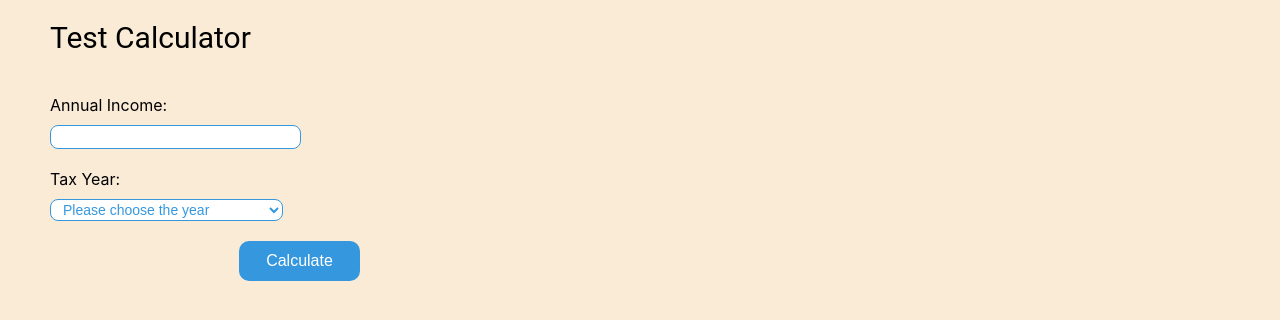
Repository: jbpadilha/taxcalculator
Page: /
An editor plug-in stored every save of this project. The page is shown before and after the next save, followed by the edit.
The browser window is 1280 px wide. The pictures show the whole page.
The project was rebuilt for these pictures with package versions that can differ from the ones it lists, and the page was loaded fresh each time.

Above is the page before, as saved 2023-06-17 21:40:22.

### src/index.tsx
import React from 'react';
import ReactDOM from 'react-dom/client';
import './index.css';
import App from './App';
import reportWebVitals from './reportWebVitals';

<link
    href="https://fonts.googleapis.com/css2?family=Roboto:ital,wght@0,300;0,400;0,500;0,700;1,400&display=swap"
    rel="stylesheet"
/>;

const root = ReactDOM.createRoot(
  document.getElementById('root') as HTMLElement
);
root.render(
  <React.StrictMode>
    <App />
  </React.StrictMode>
);

// If you want to start measuring performance in your app, pass a function
// to log results (for example: reportWebVitals(console.log))
// or send to an analytics endpoint. Learn more: https://bit.ly/CRA-vitals
reportWebVitals();

### src/index.css
body {
  background-color: #FAEBD7;
  margin: 0;
  font-family: -apple-system, BlinkMacSystemFont, 'Segoe UI', 'Roboto', 'Oxygen',
    'Ubuntu', 'Cantarell', 'Fira Sans', 'Droid Sans', 'Helvetica Neue',
    sans-serif;
  -webkit-font-smoothing: antialiased;
  -moz-osx-font-smoothing: grayscale;
}

code {
  font-family: source-code-pro, Menlo, Monaco, Consolas, 'Courier New',
    monospace;
}

### src/App.tsx
import React from 'react';
import RoutesComponent from './components/RouteComponent';

const App = () => {
  return (
    <div>
      <header>
      </header>
      <main>
        <RoutesComponent />
      </main>
      <footer>
        <div></div>
      </footer>
    </div>
  );
}

export default App;

### src/components/RouteComponent.tsx
import React from 'react';
import { BrowserRouter as Router, Route, Routes } from 'react-router-dom';

const Main = React.lazy(() => import('./Main'));
const ResultTax = React.lazy(() => import('./ResultTax'));

const RoutesComponent = () => {
    return (
        <Router>
            <Routes>
                <Route path={"/"} element={<Main />} />
                <Route path={"/results"} element={<ResultTax />} />
                <Route path="*" element={<Main />} />
            </Routes>
        </Router>
    );
}

export default RoutesComponent;

### src/components/Main.tsx
import React from 'react';
import { years } from '../config/constants';

const styles = {
    content: {
        marginTop: 20,
        minHeight: 200,
        paddingLeft: 50,
        width: 310
    },
    contentForm: {
        marginTop: 20,
    },
    title: {
        marginTop: 20,
        paddingBottom: 20,
        fontFamily: 'Roboto',
        fontSize: 30,
        color: '#000000',
        textDecoration: 'none solid rgb(0, 0, 0)',
    },
    description: {

    },
    contentInput: {
        marginTop: 20,
    },
    marginInput: {
        marginTop: 10,
    },
    contentButton: {
        marginTop: 20,
        display: 'flex',
        justifyContent: 'flex-end'
    },
    titleInput: {
        paddingTop: 10,
        width: 111,
        height: 18,
        fontSize: 16,
        color: '#000000',
        textSecoration: 'none solid rgb(0, 0, 0)',
    },
    input: {
        width: 233,
        height: 22,
        padding: '0px 8px',
        border: '1px solid #3598de',
        borderRadius: 8,
        backgroundColor: '#ffffff',
        backgroundSize: 'cover',
        fontSize: 14,
        color: '#3598de',
        textDecoration: 'none solid rgb(53, 152, 222)'
    },
    button: {
        width: 121,
        height: 40,
        border: 0,
        borderRadius: 10,
        backgroundColor: '#3598de',
        backgroundSize: 'cover',
        fontSize: 16,
        color: '#ffffff',
        textDecoration: 'none solid rgb(255, 255, 255)',
    },
};

const Main = () => {

    const calculate = () => {};

    return (
        <div style={styles.content}>
            <div style={styles.title}>Test Calculator</div>
            <div style={styles.contentForm}>
                <div style={styles.contentInput}>
                    <div>
                        <label htmlFor='income' style={styles.titleInput}>Annual Income:</label>
                    </div>
                    <div style={styles.marginInput}>
                        <input style={styles.input} type="text" id="income" name="income" />
                    </div>
                </div>
                <div style={styles.contentInput}>
                    <div>
                        <label htmlFor='taxYear' style={styles.titleInput}>Tax Year:</label>
                    </div>
                    <div style={styles.marginInput}>
                    <select onChange={()=>{}} style={styles.input} id="taxYear" name="taxYear">
                        <option>Please choose the year</option>
                        {Array.from(years.entries()).map((entry) => {
                            const [key, value ] = entry;
                            return (<option key={key} >
                                {value}
                            </option>);
                        })}
                    </select>
                    </div>
                </div>
                <div style={styles.contentButton}>
                    <button style={styles.button} onClick={calculate}>Calculate</button>
                </div>
            </div>
        </div>
    );
}

export default Main;

### src/config/constants.ts
export const years = new Map<string, string>();
years.set('2019', '2019');
years.set('2020', '2020');
years.set('2021', '2021');
years.set('2022', '2022');

Loaded but not shown: public/index.html (common file); src/reportWebVitals.ts (common file)

After the next save:
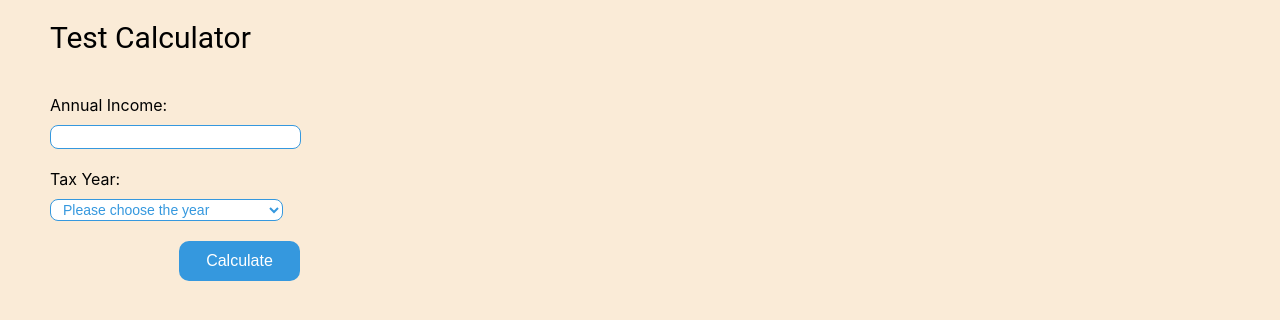
Saved 36 s later.
--- a/src/components/Main.tsx
+++ b/src/components/Main.tsx
@@ -6,7 +6,7 @@ const styles = {
         marginTop: 20,
         minHeight: 200,
         paddingLeft: 50,
-        width: 310
+        width: 250
     },
     contentForm: {
         marginTop: 20,
